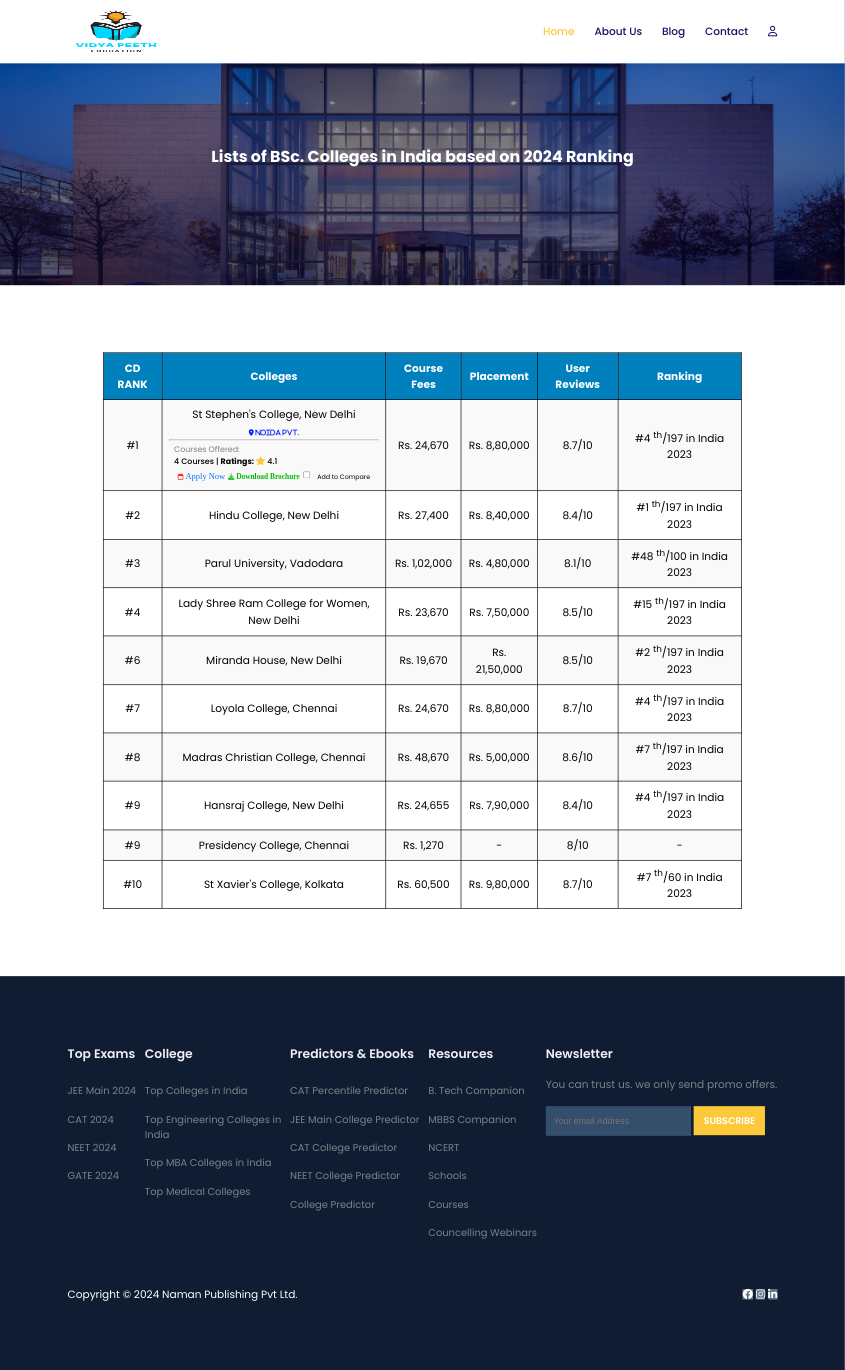
Repository: NamanSahu09/VidyaPreet-Ed-Tech-Website
Page: bsc.html
These files come from the project's save history. The page is drawn as it stood at one moment and after a run of saves; the edit follows.
The browser window is 1280 px wide. The pictures show the whole page, at 66% of full size.
Some web libraries are served in a nearby version.

Above is the page before, as saved 2024-04-12 13:32:15.

After the next 2 saves:
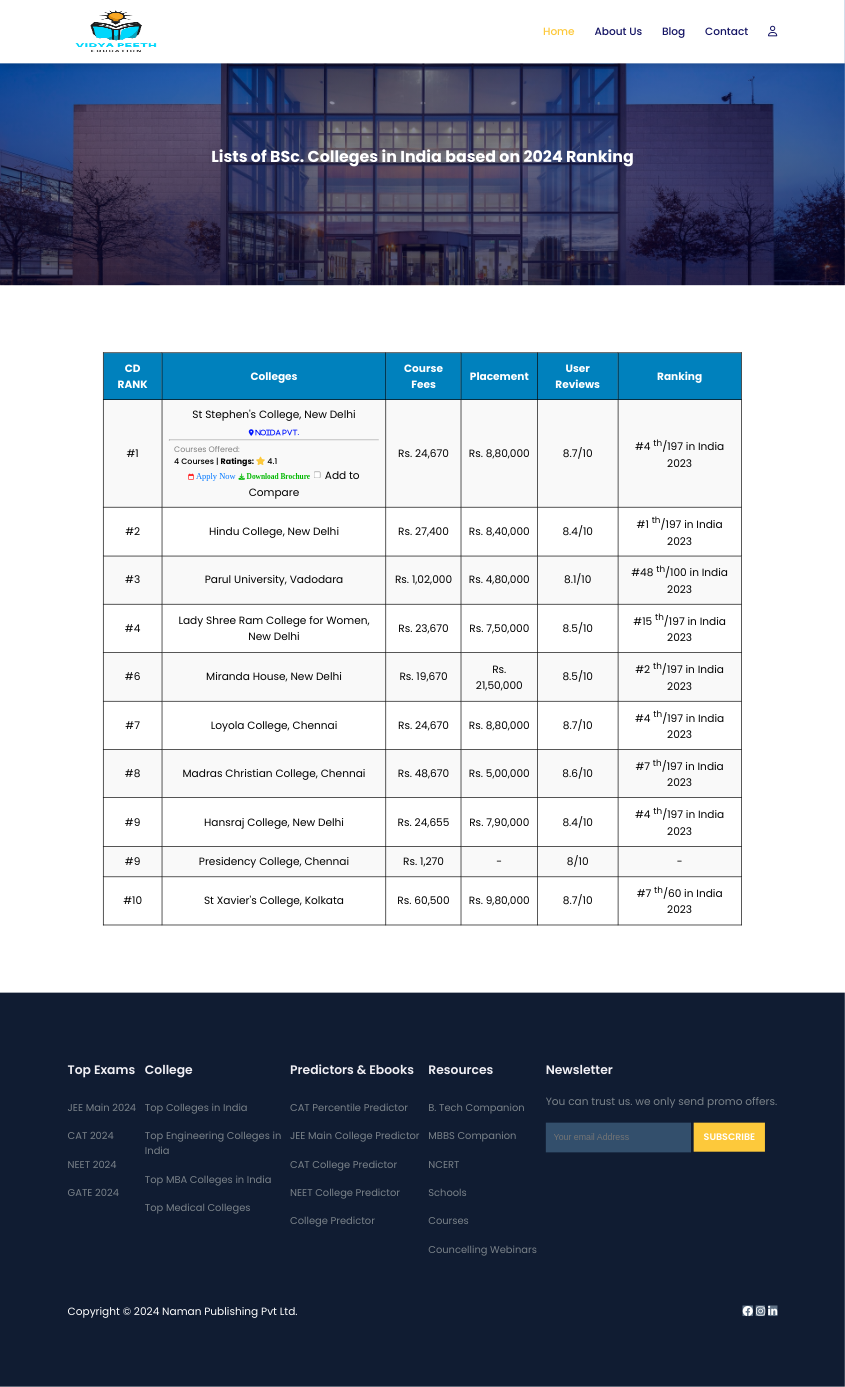
The 2 saves are shown as one change because they came seconds apart.
The last was saved 9 s later.
--- a/bsc.html
+++ b/bsc.html
@@ -152,8 +152,8 @@
 
 	<i class="fa-regular fa-calendar" align="left"><a href="https://www.ststephens.edu/"> Apply Now </a></i>
 	<i class="fa-solid fa-download" align="center"><a href=""> Download Brochure</a></i>
-	<input type="checkbox">
-	<label for="compare">Add to Compare</label>
+	<input type="checkbox">Add to Compare
+	<label for="compare"></label>
 
 
 

After the 2 saves that followed:
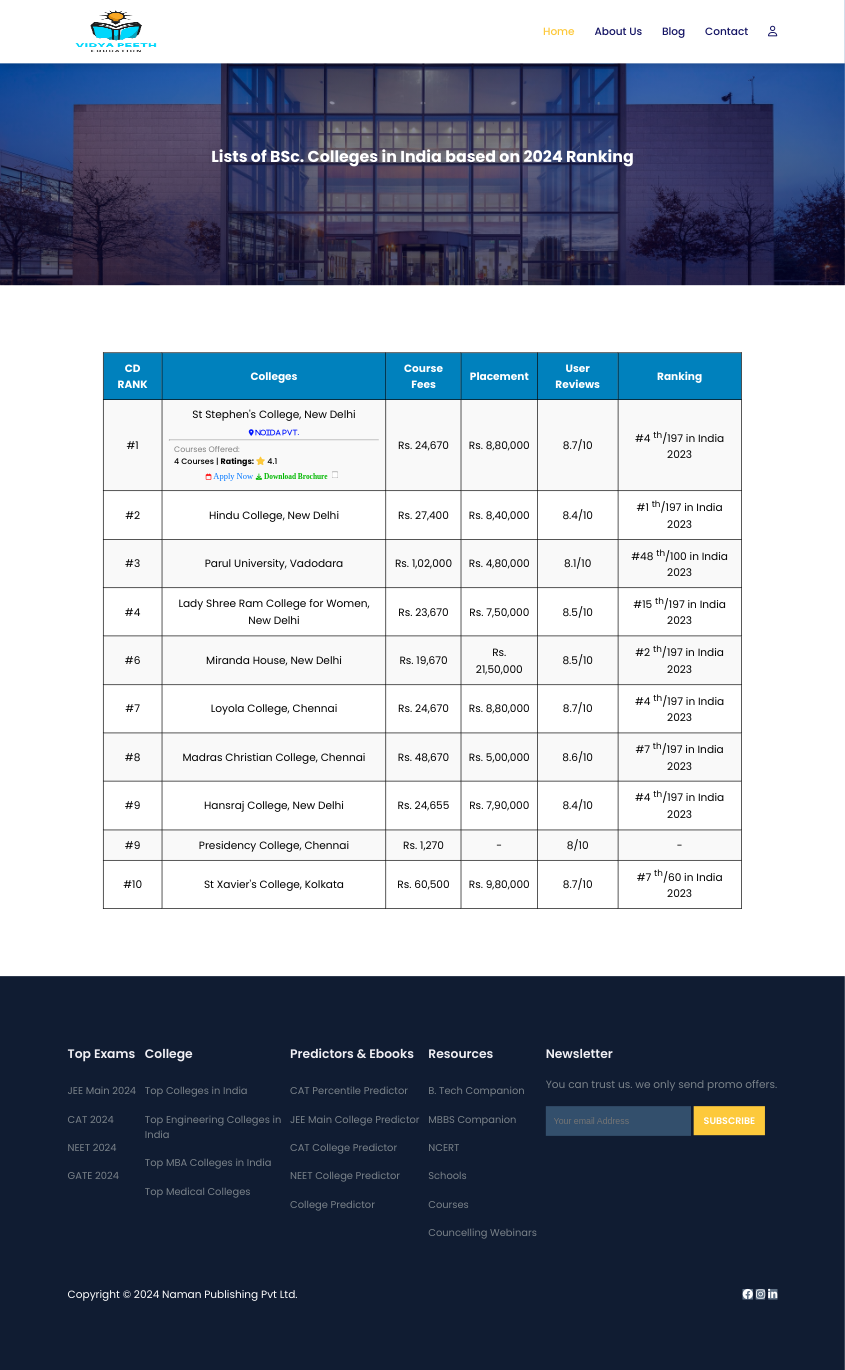
The 2 saves are shown as one change because 1 left the picture as it was.
The last was saved 21 s later.
--- a/bsc.html
+++ b/bsc.html
@@ -152,8 +152,7 @@
 
 	<i class="fa-regular fa-calendar" align="left"><a href="https://www.ststephens.edu/"> Apply Now </a></i>
 	<i class="fa-solid fa-download" align="center"><a href=""> Download Brochure</a></i>
-	<input type="checkbox">Add to Compare
-	<label for="compare"></label>
+	<input type="checkbox">
 
 
 
